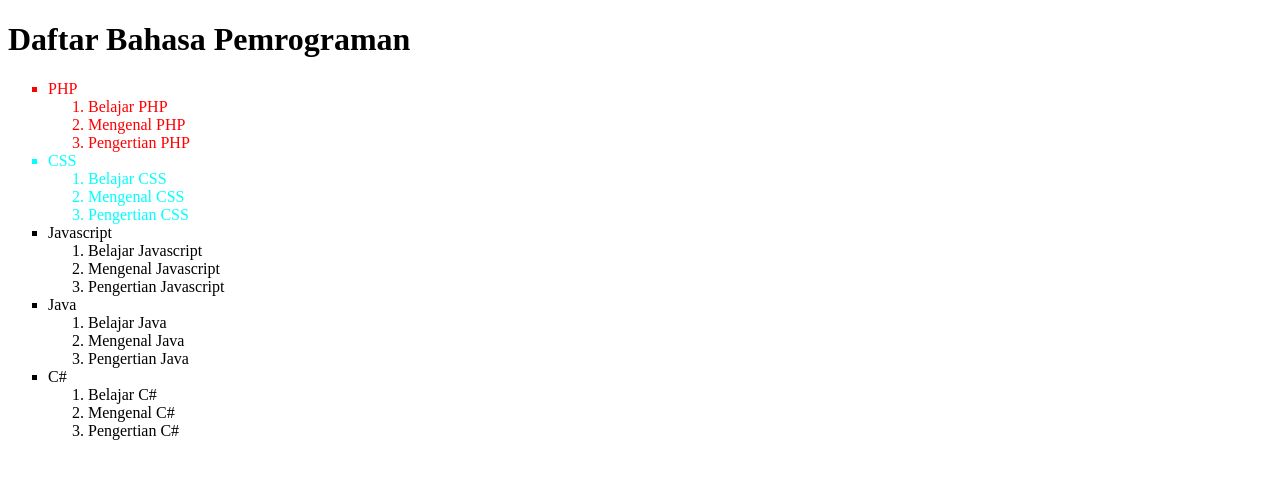
Repository: AHSANS354/tugas-sib5
Page: list.html
An editor plug-in stored every save of this project. The page is shown before and after the next save, followed by the edit.
The browser window is 1280 px wide. The pictures show the whole page.

Above is the page before, as saved 2023-08-18 13:35:53.

After the next save:
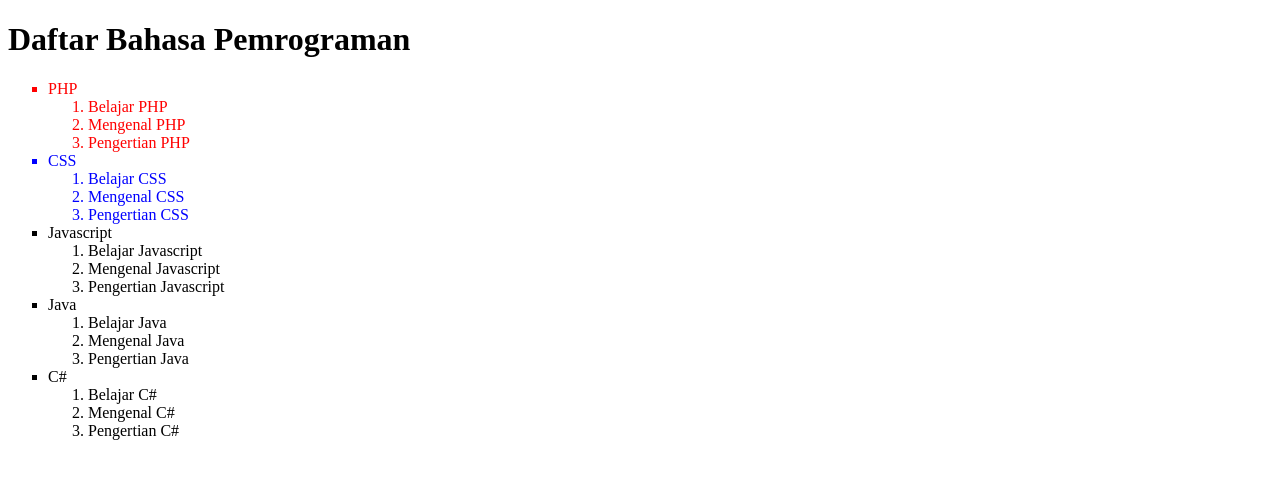
Saved 9 s later.
--- a/list.html
+++ b/list.html
@@ -16,7 +16,7 @@
           <li>Pengertian PHP</li>
         </ol>
       </li>
-      <li style="color: aqua">
+      <li style="color: blue">
         CSS
         <ol type="1">
           <li>Belajar CSS</li>
